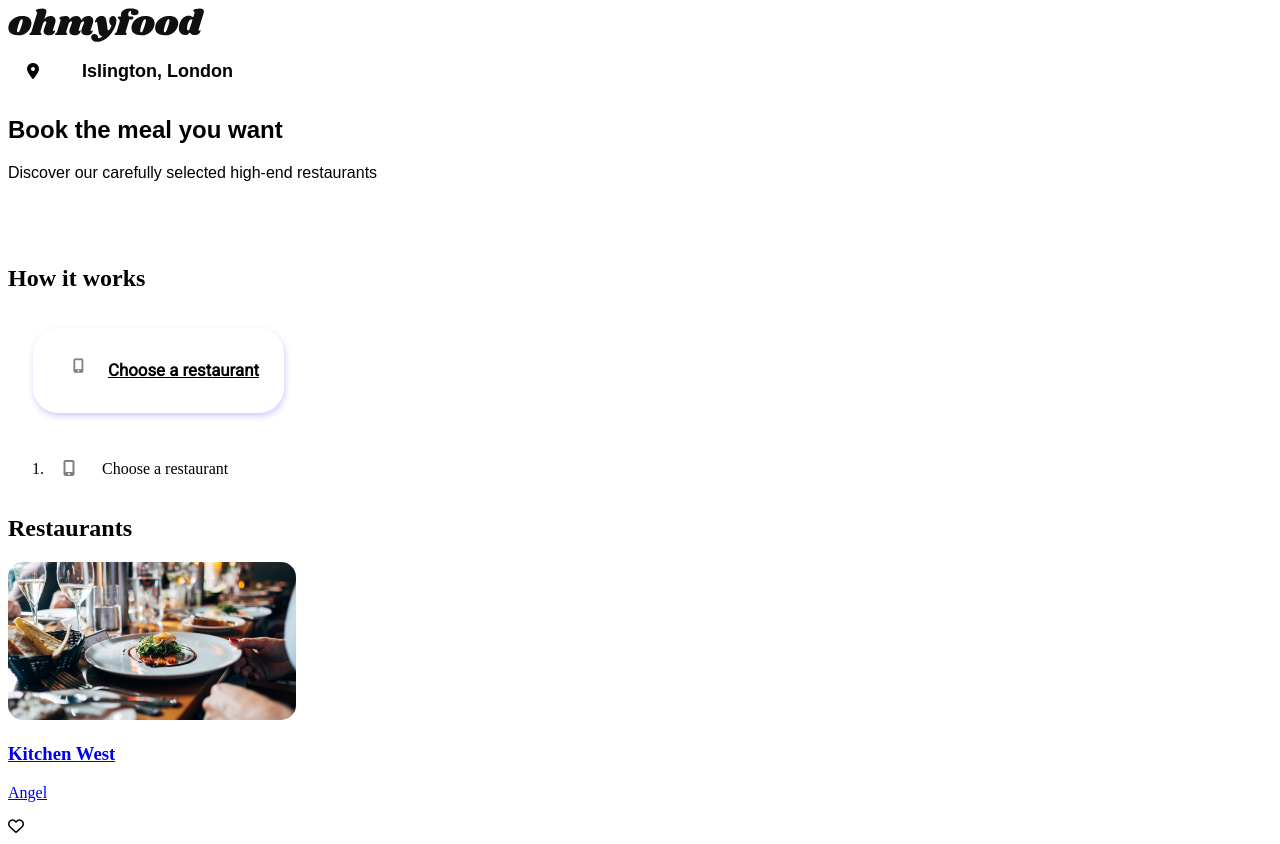
Repository: R1ptou/Project-3
Page: index.html
An editor plug-in stored every save of this project. The page is shown before and after the next save, followed by the edit.
The browser window is 1280 px wide. The pictures show the whole page.
Some web fonts or font styles are not loaded; a fallback is used. The style sheet was rebuilt from its Sass, Less or Tailwind sources for each picture, by a compiler version that may differ from the author's.

Above is the page before, as saved 2024-03-21 13:53:16.

After the next save:
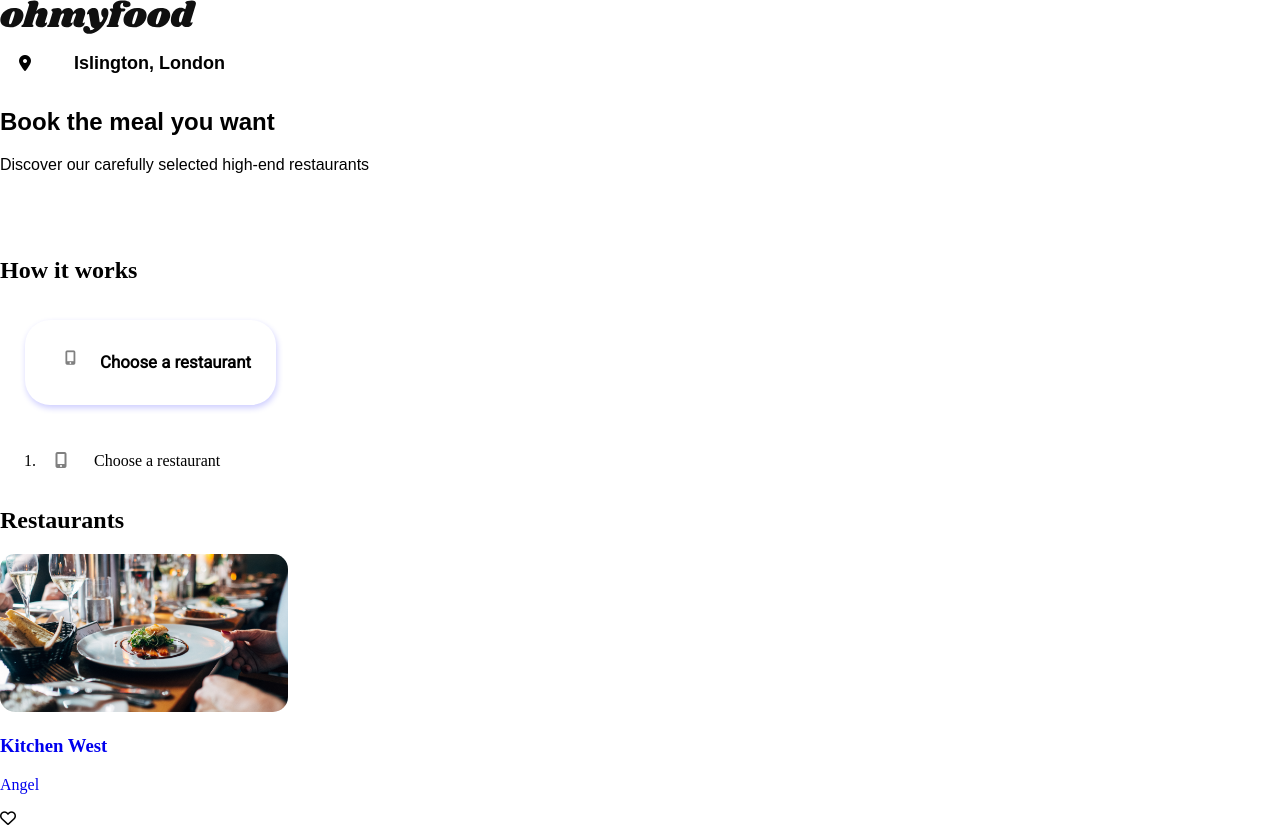
Saved 51 min 46 s later.
--- a/scss/style.scss
+++ b/scss/style.scss
@@ -1,4 +1,5 @@
 /****** General ***********/
+@import "base";
 @import "variables";
 @import "list-group";
 @import "card";
